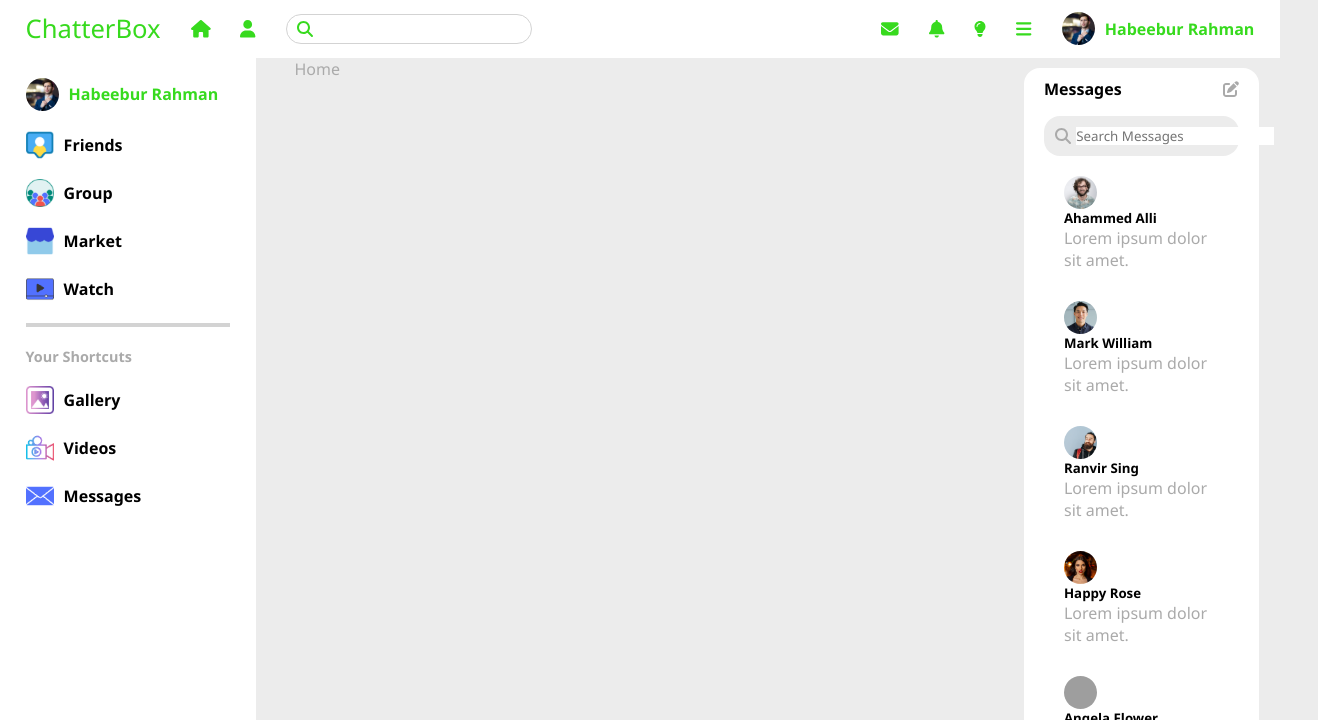
Repository: Habeebur1493/social-media-app
Page: /
These files come from the project's save history. The page is drawn as it stood at one moment and after the next save; the edit follows.
The browser window is 1280 px wide. The page is 1318 px wide, so the pictures cover 1318 px, including what lies to the right of the window. The pictures show the whole page.
Pictures or frames that could not be fetched are drawn as grey boxes. The project was rebuilt for these pictures with package versions that can differ from the ones it lists, and the page was loaded fresh each time. Also part of the build but not shown: vite.config.js, src/pages/login/login.css, src/pages/login/Login.jsx, src/pages/signup/signup.css, src/pages/signup/Signup.jsx, src/pages/profile/Profile.jsx, src/pages/chatbox/Chatbox.jsx.

Above is the page before, as saved 2025-01-29 11:48:54.

After the next save:
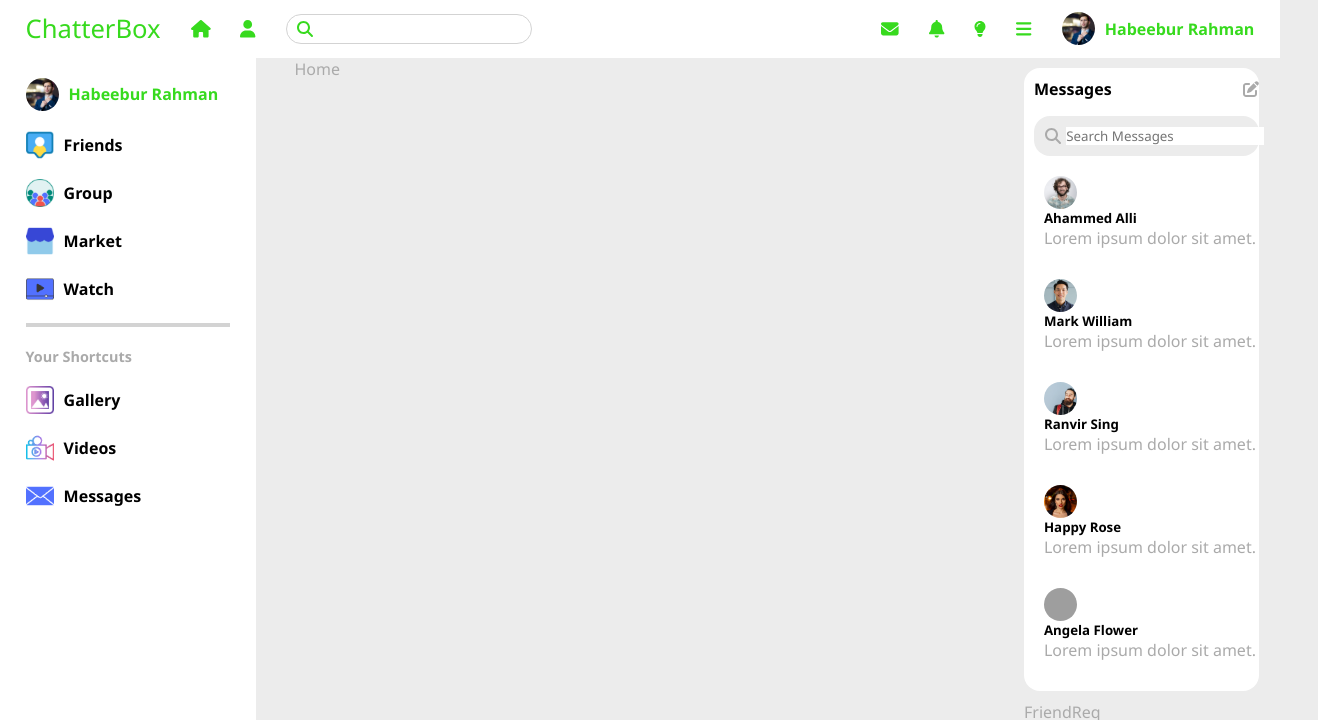
Saved 14 s later.
--- a/src/components/message/message.css
+++ b/src/components/message/message.css
@@ -2,7 +2,7 @@
     background: var(--color-card);
     margin: 10px auto;
     border-radius: 1rem;
-    padding: 10px 20px;
+    padding: 10px 0px 10px 10px;
 }
 
 .message-top{
